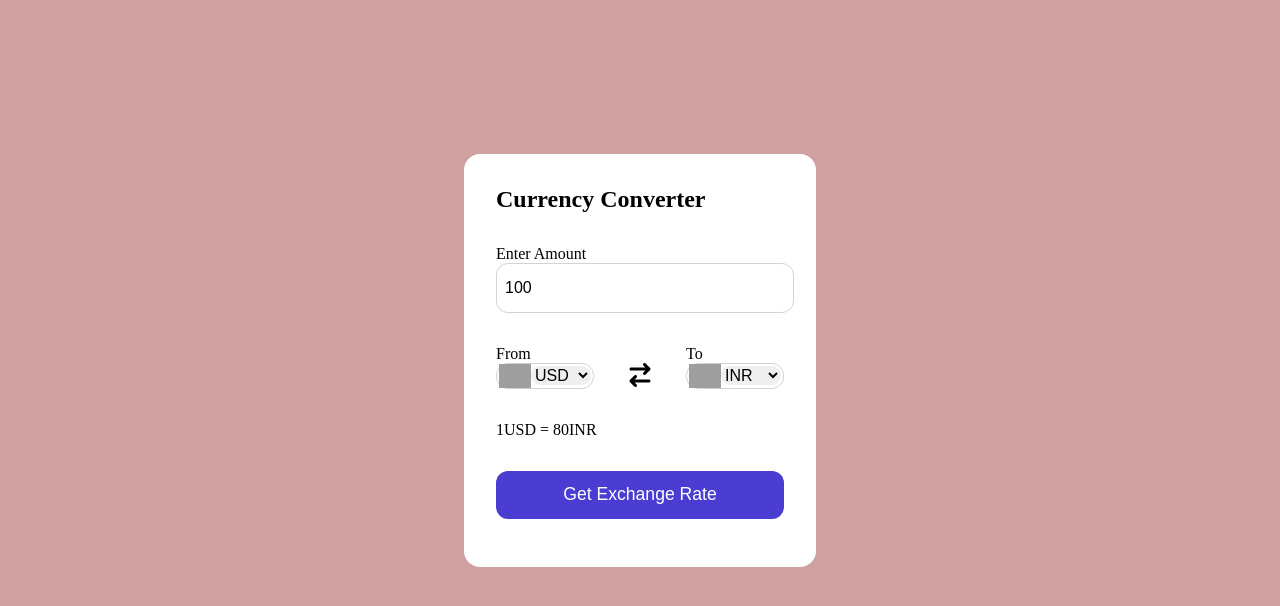
Repository: Chiranshukapil/Currency-Converter
Page: index.html
An editor plug-in stored every save of this project. The page is shown before and after the next save, followed by the edit.
The browser window is 1280 px wide. The pictures show the whole page.
Pictures or frames that could not be fetched are drawn as grey boxes.

Above is the page before, as saved 2024-07-01 07:01:54.

### index.html
<!DOCTYPE html>
<html lang="en">
    <head>
        <meta charset="UTF-8">
        <meta name="viewport" content="width=device-width, initial-scale=1.0">
        <title>Currency Converter</title>
        <link rel="stylesheet" href="style.css">
        <link rel="stylesheet" href="https://cdnjs.cloudflare.com/ajax/libs/font-awesome/6.5.2/css/all.min.css" integrity="sha512-SnH5WK+bZxgPHs44uWIX+LLJAJ9/2PkPKZ5QiAj6Ta86w+fsb2TkcmfRyVX3pBnMFcV7oQPJkl9QevSCWr3W6A==" crossorigin="anonymous" referrerpolicy="no-referrer" />
    </head>
    <body>
        <div class="container">
            <h2>Currency Converter</h2>
            <form>
                <div class="amount">
                    <p>Enter Amount</p>
                    <input value="100" type="text">
                </div>
                <div class="dropdown">
                    <div class="from">
                        <p>From</p>
                        <div class="select-container">
                            <img src="https://flagsapi.com/US/flat/64.png">
                            <select name="from"></select>
                        </div>
                    </div>
                    <i class="fa-solid fa-arrow-right-arrow-left"></i>
                    <div class="to">
                        <p>To</p>
                        <div class="select-container">
                            <img src="https://flagsapi.com/IN/flat/64.png">
                            <select name="to"></select>
                        </div>
                    </div>
                </div>
                <div class="msg">1USD = 80INR</div>
                <button>Get Exchange Rate</button>
            </form>
        </div>
        <script src="codes.js"></script>
        <script src="script.js"></script>
    </body>
</html>

### style.css
*{
    margin: 0;
    padding: 0;
}

html,body{
    height: 100%;
    width: 100%;
    display: flex;
    flex-direction: column;
    align-items: center;
    justify-content: center;
    background-color: rgb(207, 161, 161);
}
.container{
    /* display: flex;
    flex-direction: column;
    text-align: center;
    align-items: center;
    justify-content: center; */
    background-color: white;
    padding: 2rem;
    border-radius: 1rem;
    min-height: 45vh;
    width: 40vh;
}

form{
    margin: 2rem 0 1rem 0;
}

form select,button,input{
    width: 100%;
    border: none;
    outline: none;
    border-radius: 0.75rem;
}

form input{
    border: 1px solid lightgray;
    font-size: 1rem;
    height: 3rem;
    padding-left: 0.5rem;
}

.dropdown{
    display: flex;
    justify-content: space-between;
    align-items: center;
    margin-top: 2rem;
}

.dropdown i{
    font-size: 1.5rem;
    margin-top: 1rem;
}

.select-container img{
    max-width: 2rem;
}

.select-container{
    display: flex;
    justify-content: center;
    align-items: center;
    width: 6rem;
    border-radius: 0.75rem;
    border: 1px solid lightgray;
}

.select-container select{
    font-size: 1rem;
    width: auto;
    cursor: pointer;
}

.msg{
    margin: 2rem 0;
}

form button{
    height: 3rem;
    cursor: pointer;
    font-size: 1.1rem;
    color: white;
    background-color: rgb(76, 61, 210);
}

### codes.js
const countryList = {
    AED: "AE",
    AFN: "AF",
    XCD: "AG",
    ALL: "AL",
    AMD: "AM",
    ANG: "AN",
    AOA: "AO",
    AQD: "AQ",
    ARS: "AR",
    AUD: "AU",
    AZN: "AZ",
    BAM: "BA",
    BBD: "BB",
    BDT: "BD",
    XOF: "BE",
    BGN: "BG",
    BHD: "BH",
    BIF: "BI",
    BMD: "BM",
    BND: "BN",
    BOB: "BO",
    BRL: "BR",
    BSD: "BS",
    NOK: "BV",
    BWP: "BW",
    BYR: "BY",
    BZD: "BZ",
    CAD: "CA",
    CDF: "CD",
    XAF: "CF",
    CHF: "CH",
    CLP: "CL",
    CNY: "CN",
    COP: "CO",
    CRC: "CR",
    CUP: "CU",
    CVE: "CV",
    CYP: "CY",
    CZK: "CZ",
    DJF: "DJ",
    DKK: "DK",
    DOP: "DO",
    DZD: "DZ",
    ECS: "EC",
    EEK: "EE",
    EGP: "EG",
    ETB: "ET",
    EUR: "FR",
    FJD: "FJ",
    FKP: "FK",
    GBP: "GB",
    GEL: "GE",
    GGP: "GG",
    GHS: "GH",
    GIP: "GI",
    GMD: "GM",
    GNF: "GN",
    GTQ: "GT",
    GYD: "GY",
    HKD: "HK",
    HNL: "HN",
    HRK: "HR",
    HTG: "HT",
    HUF: "HU",
    IDR: "ID",
    ILS: "IL",
    INR: "IN",
    IQD: "IQ",
    IRR: "IR",
    ISK: "IS",
    JMD: "JM",
    JOD: "JO",
    JPY: "JP",
    KES: "KE",
    KGS: "KG",
    KHR: "KH",
    KMF: "KM",
    KPW: "KP",
    KRW: "KR",
    KWD: "KW",
    KYD: "KY",
    KZT: "KZ",
    LAK: "LA",
    LBP: "LB",
    LKR: "LK",
    LRD: "LR",
    LSL: "LS",
    LTL: "LT",
    LVL: "LV",
    LYD: "LY",
    MAD: "MA",
    MDL: "MD",
    MGA: "MG",
    MKD: "MK",
    MMK: "MM",
    MNT: "MN",
    MOP: "MO",
    MRO: "MR",
    MTL: "MT",
    MUR: "MU",
    MVR: "MV",
    MWK: "MW",
    MXN: "MX",
    MYR: "MY",
    MZN: "MZ",
    NAD: "NA",
    XPF: "NC",
    NGN: "NG",
    NIO: "NI",
    NPR: "NP",
    NZD: "NZ",
    OMR: "OM",
    PAB: "PA",
    PEN: "PE",
    PGK: "PG",
    PHP: "PH",
    PKR: "PK",
    PLN: "PL",
    PYG: "PY",
    QAR: "QA",
    RON: "RO",
    RSD: "RS",
    RUB: "RU",
    RWF: "RW",
    SAR: "SA",
    SBD: "SB",
    SCR: "SC",
    SDG: "SD",
    SEK: "SE",
    SGD: "SG",
    SKK: "SK",
    SLL: "SL",
    SOS: "SO",
    SRD: "SR",
    STD: "ST",
    SVC: "SV",
    SYP: "SY",
    SZL: "SZ",
    THB: "TH",
    TJS: "TJ",
    TMT: "TM",
    TND: "TN",
    TOP: "TO",
    TRY: "TR",
    TTD: "TT",
    TWD: "TW",
    TZS: "TZ",
    UAH: "UA",
    UGX: "UG",
    USD: "US",
    UYU: "UY",
    UZS: "UZ",
    VEF: "VE",
    VND: "VN",
    VUV: "VU",
    YER: "YE",
    ZAR: "ZA",
    ZMK: "ZM",
    ZWD: "ZW",
  };

### script.js
const Base_Url = '';

const dropdowns = document.querySelectorAll(".dropdown select");
const btn = document.querySelector("form button")
const fromcurr = document.querySelector(".from select")
const tocurr = document.querySelector(".to select")

for(let select of dropdowns){
    for(currcode in countryList){
        let newoption = document.createElement("option");
        newoption.innerText = currcode;
        newoption.value = currcode;
        if(select.name === "from" && currcode === "USD"){
            newoption.selected = 'selected'
        }
        if(select.name === "to" && currcode === "INR"){
            newoption.selected = 'selected'
        }
        select.append(newoption);
    }

    select.addEventListener("change",(e)=>{
        updateflag(e.target);
    });

}

const updateflag = (element) => {
    let currcode = element.value
    let countrycode = countryList[currcode]
    let newsrc = `https://flagsapi.com/${countrycode}/flat/64.png`
    let img = element.parentElement.querySelector('img')
    img.src = newsrc
}

btn.addEventListener("click", async (e)=>{
    e.preventDefault()
    let amount = document.querySelector(".amount input")
    let amtval = amount.value
    if(amtval<1 || amtval === ""){
        amtval = 1;
        amount.value = 1;
    }

    const url = `${Base_Url}/${fromcurr.value}/${tocurr.value}.json`
    let response = await fetch(url)
    let data = await response.json()
    let rate = data[tocurr.value]

    let finalamt = amount

})

After the next save:
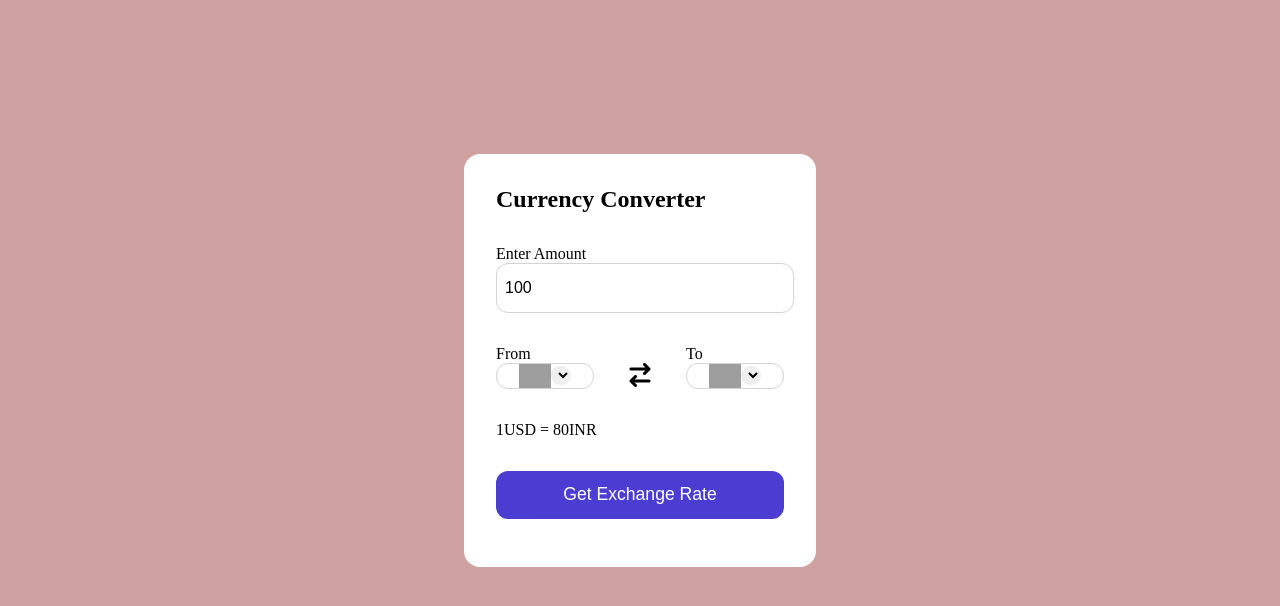
Console error: SyntaxError: Unexpected token 'for'
Saved 21 s later.
--- a/script.js
+++ b/script.js
@@ -4,6 +4,7 @@
 const btn = document.querySelector("form button")
 const fromcurr = document.querySelector(".from select")
 const tocurr = document.querySelector(".to select")
+const msg =
 
 for(let select of dropdowns){
     for(currcode in countryList){

After the 2 saves that followed:
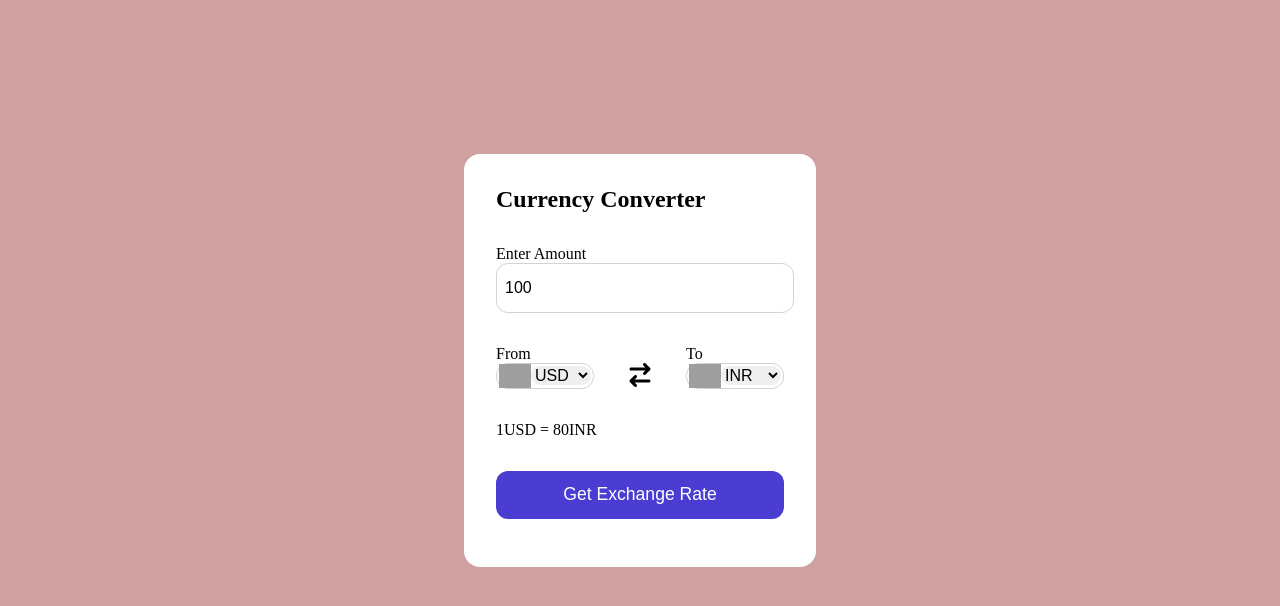
The error is gone.
The 2 saves are shown as one change because they came seconds apart.
The last was saved 9 s later.
--- a/script.js
+++ b/script.js
@@ -4,7 +4,7 @@
 const btn = document.querySelector("form button")
 const fromcurr = document.querySelector(".from select")
 const tocurr = document.querySelector(".to select")
-const msg =
+const msg = document.querySelector(".msg")
 
 for(let select of dropdowns){
     for(currcode in countryList){
